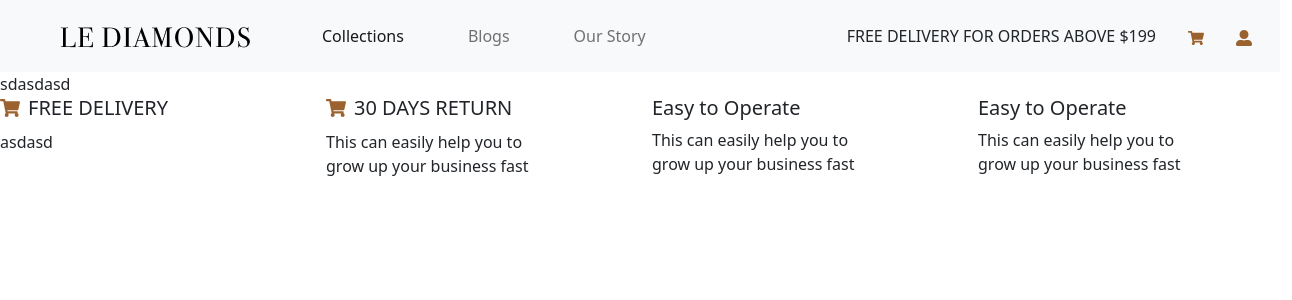
Repository: farrelmuhammad/lediamonds-vi8e
Page: /
These files come from the project's save history. The page is drawn as it stood at one moment and after the next save; the edit follows.
The browser window is 1280 px wide. The page is 1292 px wide, so the pictures cover 1292 px, including what lies to the right of the window. The pictures show the whole page.
The project was rebuilt for these pictures with package versions that can differ from the ones it lists, and the page was loaded fresh each time. Also part of the build but not shown: src/App.css.

Above is the page before, as saved 2022-09-17 11:23:11.

After the next save:
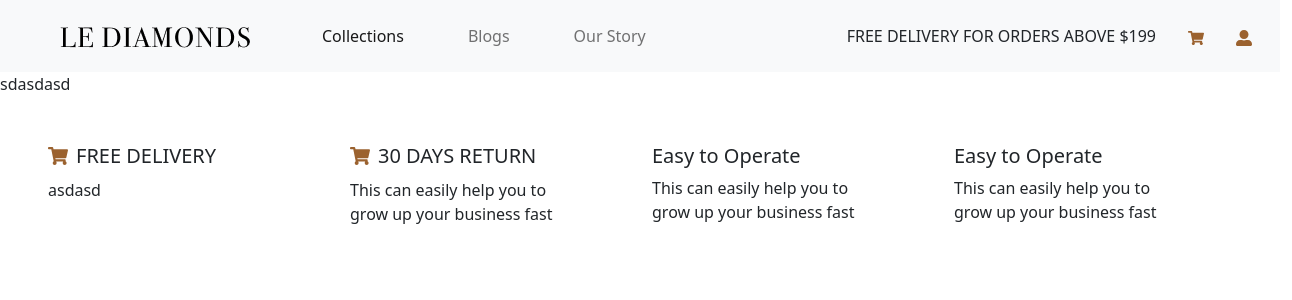
Saved 8 s later.
--- a/src/components/Content.jsx
+++ b/src/components/Content.jsx
@@ -5,7 +5,7 @@
   return (
     <>
       {/* <div className="d-flex justify-content-center"> */}
-        <div className="row d-flex justify-content-center">
+        <div className="row d-flex justify-content-center p-5">
           <div className="col">
             <h5 class="icon-title">
               <FaShoppingCart className="icons me-2 mb-1" />
